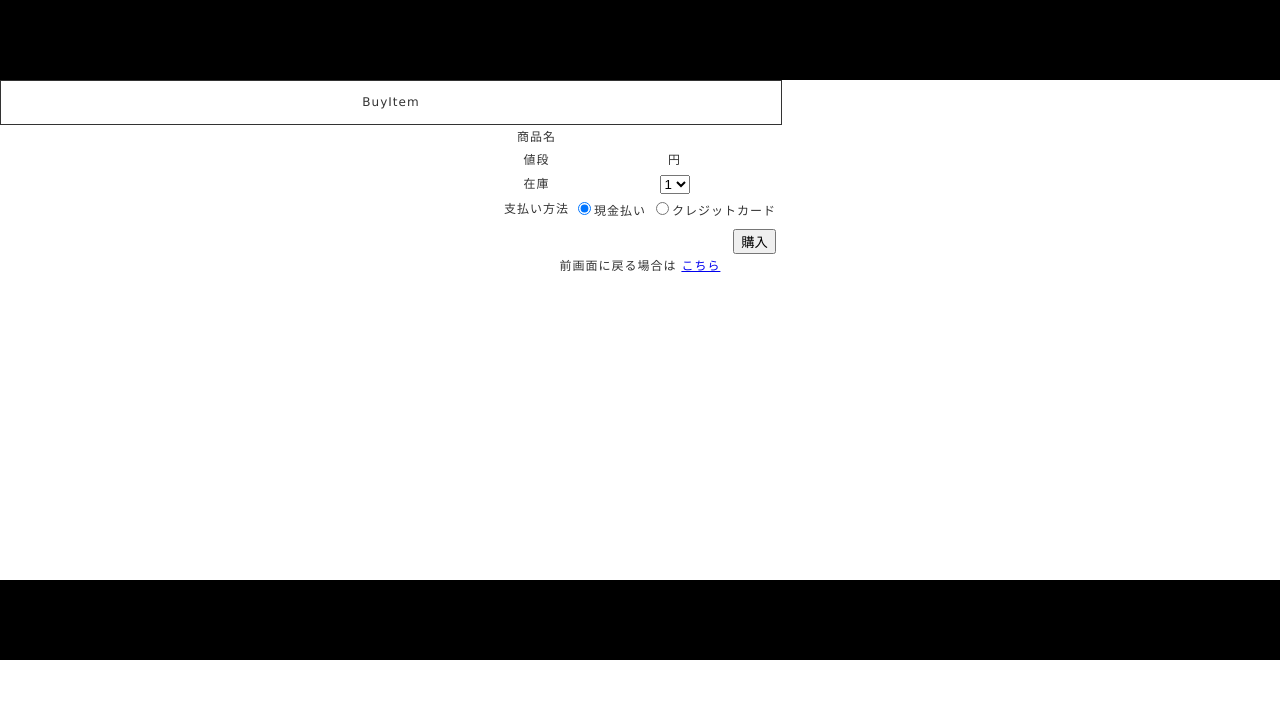
Repository: cha-git/ecsite
Page: http://localhost/template/buyItem.jsp
An editor plug-in stored every save of this project. The page is shown before and after the next save, followed by the edit.
The browser window is 1280 px wide. The pictures show the whole page.
The page is served by Tomcat 9. Other server files are loaded and not shown.

Above is the page before, as saved 2019-01-09 10:44:52.

### template/WebContent/buyItem.jsp
<%@ page language="java" contentType="text/html; charset=UTF-8"
    pageEncoding="UTF-8"%>
<%@ taglib prefix="s" uri="/struts-tags" %>
<!DOCTYPE html>
<html>
<head>
	<meta http-equiv="Content-Type" content="text/html; charset=UTF-8" />
	<meta http-equiv="Conten-Style-Type" content="text/css" />
	<meta http-equiv="Content-Script-Type" content="text/javascript" />
	<meta http-equiv="imagetoolbar" content="" />
	<meta name="description" content="" />
	<meta name="keywords" content="" />
	<title>buyItem画面</title>

	<style type="text/css">
	/* ========TAG LAYOUT======== */
	body {
		margin:0;
		padding:0;
		line-height:1.6;
		letter-spacing:1px;
		font-family:Verdana, Helvetica, sans-serif;
		font-size:12px;
		color:#333;
		background:#fff;
	}

	table {
		text-align:center;
		margin:0 auto;
	}
	/* ========ID LAYOUT======== */
	#top {
		width:780px;
		margin:30px,auto;
		border:1px solid #333;
	}

	#header {
		width:100%;
		height:80px;
		background-color:black;
	}

	#main {
		width:100%;
		height:500px;
		text-align:center;
	}

	#footer {
		width:100%;
		height:80px;
		background-color:black;
		clear:both;
	}
	</style>
</head>
<body>
	<div id="header">
		<div id="pr">
		</div>
	</div>
	<div id="main">
		<div id="top">
			<p>BuyItem</p>
		</div>
		<div>
		<s:form action="BuyItemAction">
			<table>
				<tr>
					<td>
						<span>商品名</span>
					</td>
					<td>
						<s:property value="session.buyItem_name" />
					</td>
				</tr>
				<tr>
					<td>
						<span>値段</span>
					</td>
					<td>
					<s:property value="session.buyItem_price" />
						<span>円</span>
					</td>
				</tr>
				<tr>
					<td>
						<span>在庫</span>
					</td>
					<td>
						<select name="stock">
						<option value="1" selected="selected">1</option>
							<option value="2">2</option>
							<option value="3">3</option>
							<option value="4">4</option>
							<option value="5">5</option>
						</select>
					</td>
				</tr>
				<tr>
					<td>
						<span>支払い方法</span>
					</td>
					<td>
						<input type="radio" name="pay" value="1" checked="checked">現金払い
						<input type="radio" name="pay" value="2">クレジットカード
					</td>
				</tr>
				<tr>
					<td>
						<s:submit value="購入" />
					</td>
				</tr>
			</table>
		</s:form>
			<div>
				<span>前画面に戻る場合は</span>
				<a href='<s:url action="HomeAction" />'>こちら</a>
			</div>
		</div>
	</div>
	<div id="footer">
		<div id="pr">
		</div>
	</div>
</body>
</html>

After the next save:
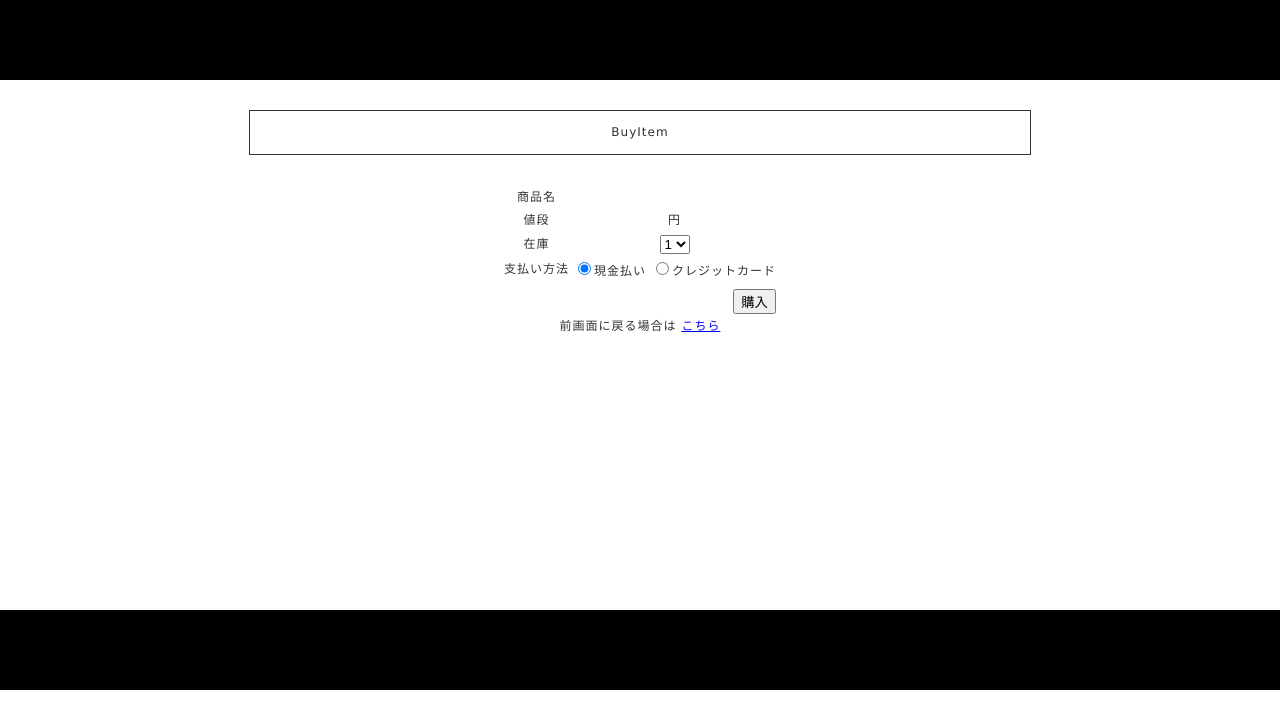
Saved 22 s later.
--- a/template/WebContent/buyItem.jsp
+++ b/template/WebContent/buyItem.jsp
@@ -32,7 +32,7 @@
 	/* ========ID LAYOUT======== */
 	#top {
 		width:780px;
-		margin:30px,auto;
+		margin:30px auto;
 		border:1px solid #333;
 	}
 
